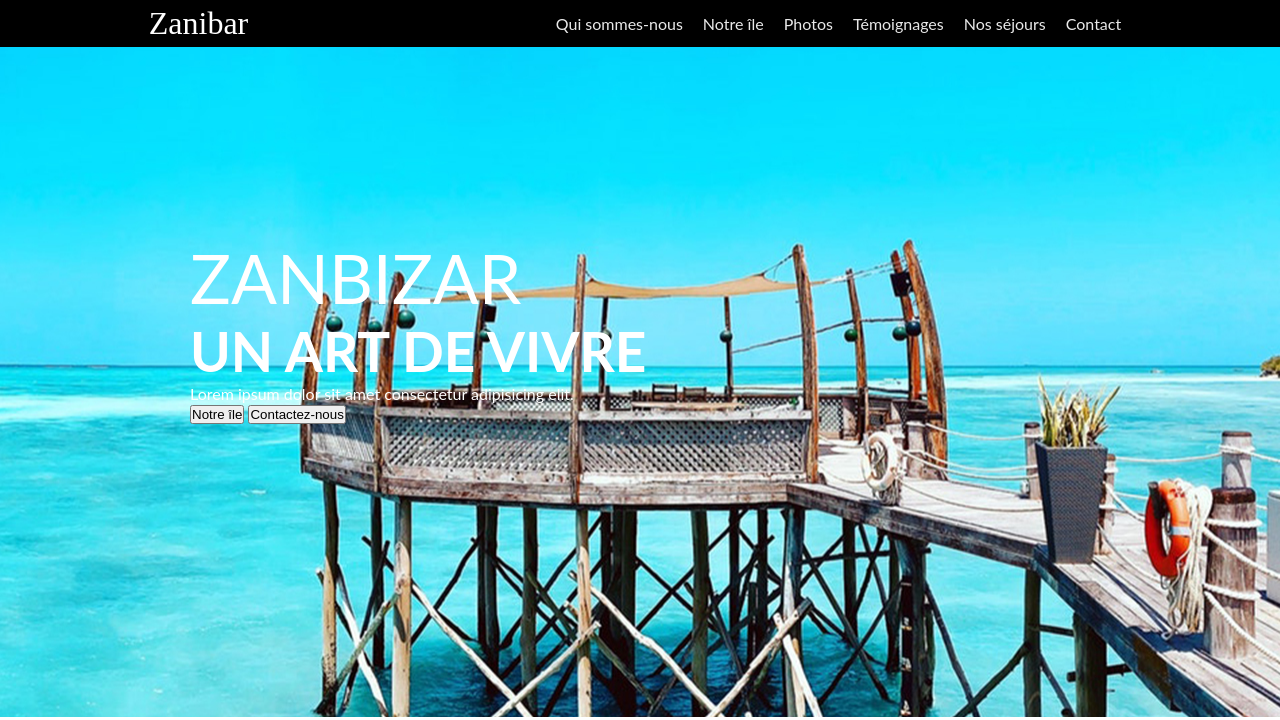
Repository: ypiard85/zanzibar
Page: index.html
These files come from the project's save history. The page is drawn as it stood at one moment and after the next save; the edit follows.
The browser window is 1280 px wide. The pictures show the whole page.
Some web fonts or font styles are not loaded; a fallback is used.

Above is the page before, as saved 2021-02-23 15:00:56.

### index.html
<!DOCTYPE html>
<html lang="en">
<head>
    <meta charset="UTF-8">
    <meta http-equiv="X-UA-Compatible" content="IE=edge">
    <meta name="viewport" content="width=device-width, initial-scale=1.0">
    <link rel="stylesheet" href="font/font.css">
    <link rel="stylesheet" href="./style.css">
    <title>Document</title>
</head>
<body>
    <div class="wrapper">
        <header role="header">
            <nav class="nav">
                <div class="nav_left">
                    <a href="">
                        Zanibar
                    </a>
                </div>
                <ul class="nav_link">
                    <li><a href="">Qui sommes-nous</a></li>
                    <li><a href="">Notre île</a></li>
                    <li><a href="">Photos</a></li>
                    <li><a href="">Témoignages</a></li>
                    <li><a href="">Nos séjours</a></li>
                    <li><a href="">Contact</a></li>
                </ul>
            </nav>
        </header>
        <section class="image_thumbnail">
            <div class="content_thumbnail">
                <p class="titlte_first">ZANBIZAR</p>
                <p class="title_second">UN ART DE VIVRE</p>
                <p>Lorem ipsum dolor sit amet consectetur adipisicing elit.</p>
                <button>Notre île</button>
                <button>Contactez-nous</button>
            </div>
        </section>
    </div>
</body>
</html>

### font/font.css
/*! Generated by Font Squirrel (https://www.fontsquirrel.com) on June 4, 2019 */



@font-face {
    font-family: 'warnesregular';
    src: url('warnes-regular-webfont.eot');
    src: url('warnes-regular-webfont.eot?#iefix') format('embedded-opentype'),
         url('warnes-regular-webfont.woff2') format('woff2'),
         url('warnes-regular-webfont.woff') format('woff'),
         url('warnes-regular-webfont.ttf') format('truetype'),
         url('warnes-regular-webfont.svg#warnesregular') format('svg');
    font-weight: normal;
    font-style: normal;

}

### style.css
:root{
    --font-family-title: "warnesregular";
    --guillemet-citation: "Sanchez", serif;
}

*{
    margin: 0;
    padding: 0;
    box-sizing: border-box;
    list-style: none;
    text-decoration: none;
}

html {
    background-color: #fff;
    font-family: "Lato", "Arial", sans-serif;
}


.nav{
    background: black;
    display: flex;
    justify-content: space-around;
    align-items: center;
    padding: 5px 0;
}

.nav *{
    color: #fff;
}

.nav_left a{
    font-family: var(--font-family-title);
    font-size: 32px;
}

.nav_link{
    display: flex;
}

.nav_link li a{
    color: rgb(233, 233, 233);
    margin: 0 10px;

}

.image_thumbnail{
    background-image: url('./header.jpg');
    background-repeat: no-repeat;
    background-position: center right;
    height: 93vh;
}

.content_thumbnail{
    padding: 190px;
    color: #fff;
}

.content_thumbnail .titlte_first{
    font-size: 68px;
}

.content_thumbnail .title_second{
    font-size: 55px;
    font-weight: bold;
}

After the next save:
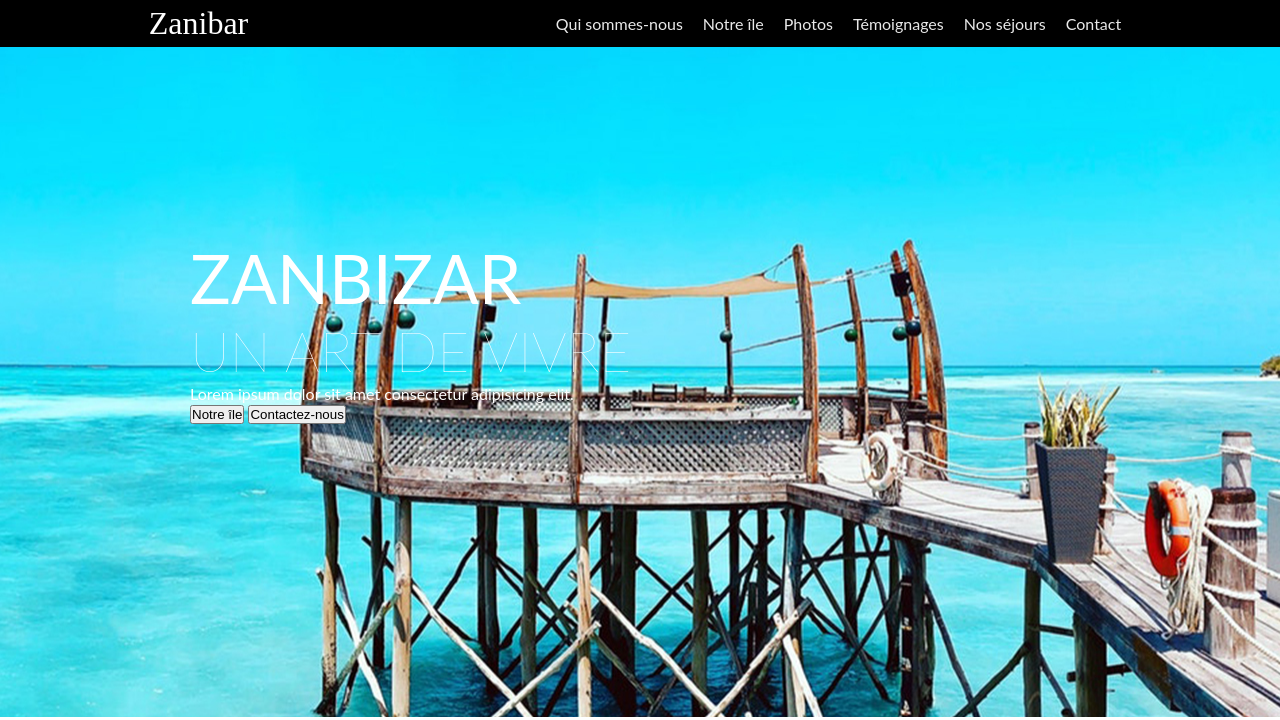
Saved 5 s later.
--- a/style.css
+++ b/style.css
@@ -62,5 +62,5 @@ html {
 
 .content_thumbnail .title_second{
     font-size: 55px;
-    font-weight: bold;
+    font-weight: 100;
 }
